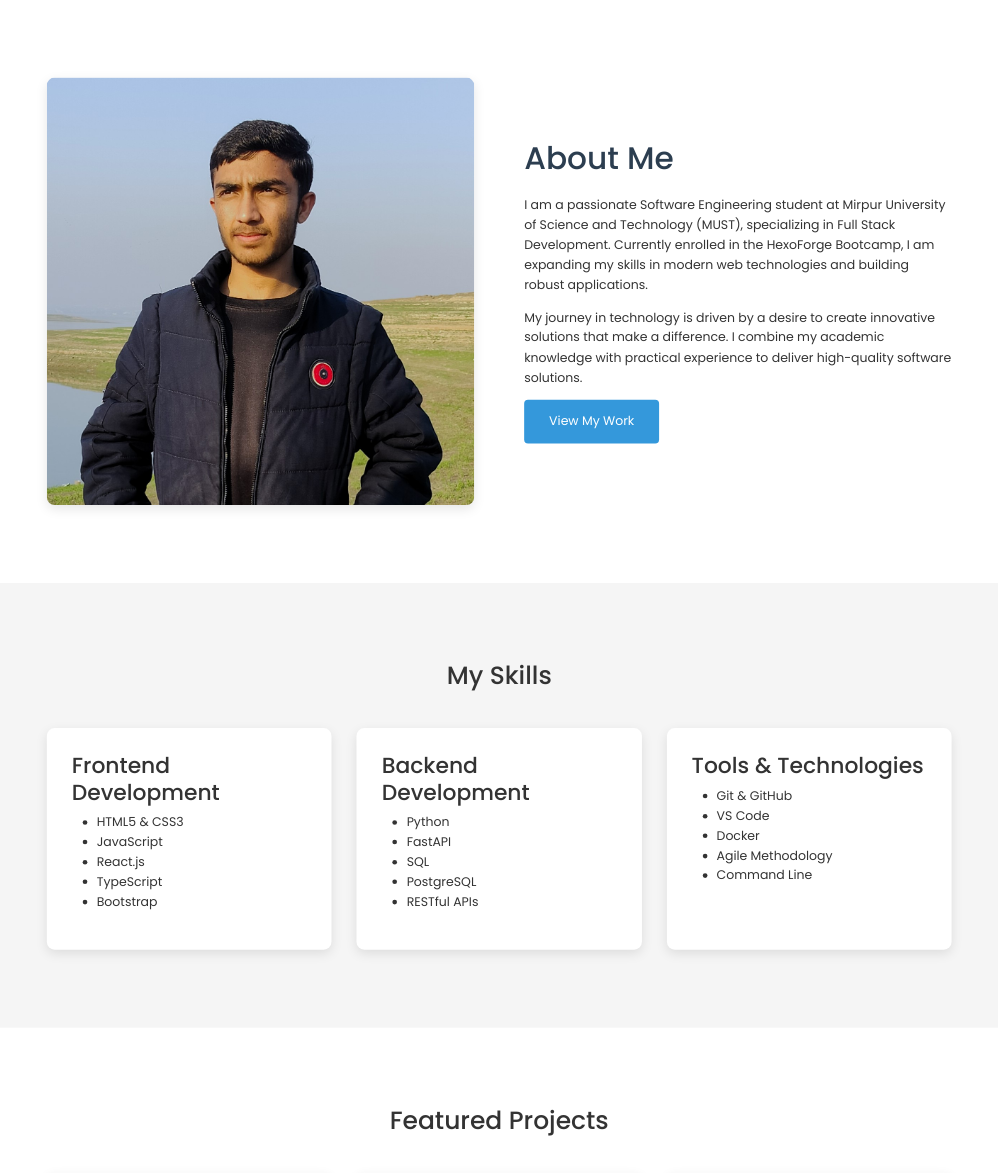
Repository: Rahim-Ullah/hexoforge-bootcamp
Page: phase-1-foundation/milestone-portfolio/index.html
The author's editor kept a copy of each file at every save. The page is drawn from the files as they stood at one save, then again after the next save.
The browser window is 1280 px wide. The pictures show the part of the page from y = 720 to 2224 px (the page is 3639 px tall before and 3670 px after), at 78% of full size.
Pictures or frames that could not be fetched are drawn as grey boxes. Backgrounds fixed to the window are drawn as part of the page.

Above is the page before, as saved 2025-08-27 04:32:58.

### phase-1-foundation/milestone-portfolio/index.html
<!DOCTYPE html>
<html lang="en">

<head>
    <meta charset="UTF-8">
    <meta name="viewport" content="width=device-width, initial-scale=1.0">
    <title>Rahim Ullah - Full Stack Developer</title>
    <!-- Bootstrap CSS -->
    <link href="https://cdn.jsdelivr.net/npm/bootstrap@5.3.0/dist/css/bootstrap.min.css" rel="stylesheet">
    <!-- Font Awesome -->
    <link rel="stylesheet" href="https://cdnjs.cloudflare.com/ajax/libs/font-awesome/6.0.0/css/all.min.css">
    <!-- Google Fonts -->
    <link href="https://fonts.googleapis.com/css2?family=Poppins:wght@300;400;500;600;700&display=swap"
        rel="stylesheet">
    <!-- Custom CSS -->
    <link rel="stylesheet" href="css/style.css">
</head>

<body>
    <!-- Navigation -->
    <nav class="navbar">
        <div class="container">
            <a href="#" class="logo">Rahim Ullah</a>
            <div class="mobile-menu">
                <i class="fas fa-bars"></i>
            </div>
            <div class="nav-links">
                <a href="#home">Home</a>
                <a href="#about">About</a>
                <a href="#skills">Skills</a>
                <a href="#projects">Projects</a>
                <a href="#contact">Contact</a>
            </div>
        </div>
    </nav>

    <!-- Hero Section -->
    <section id="home" class="hero">
        <div class="container">
            <div class="hero-content">
                <h1>Hi, I'm Rahim Ullah</h1>
                <p>Full Stack Developer | Software Engineering Student</p>
                <a href="#contact" class="btn">Get In Touch</a>
            </div>
        </div>
    </section>

    <!-- About Section -->
    <section id="about" class="about section-padding">
        <div class="container">
            <div class="about-content">
                <div class="about-img">
                    <img src="Assets/profile.jpg" alt="Rahim Ullah">
                </div>
                <div class="about-text">
                    <h2>About Me</h2>
                    <p>I am a passionate Software Engineering student at Mirpur University of Science and Technology
                        (MUST), specializing in Full Stack Development. Currently enrolled in the HexoForge Bootcamp, I
                        am expanding my skills in modern web technologies and building robust applications.</p>
                    <p>My journey in technology is driven by a desire to create innovative solutions that make a
                        difference. I combine my academic knowledge with practical experience to deliver high-quality
                        software solutions.</p>
                    <a href="#projects" class="btn">View My Work</a>
                </div>
            </div>
        </div>
    </section>

    <!-- Skills Section -->
    <section id="skills" class="skills section-padding">
        <div class="container">
            <h2 class="text-center mb-5">My Skills</h2>
            <div class="skills-grid">
                <div class="skill-card">
                    <h3>Frontend Development</h3>
                    <ul>
                        <li>HTML5 & CSS3</li>
                        <li>JavaScript</li>
                        <li>React.js</li>
                        <li>TypeScript</li>
                        <li>Bootstrap</li>
                    </ul>
                </div>
                <div class="skill-card">
                    <h3>Backend Development</h3>
                    <ul>
                        <li>Python</li>
                        <li>FastAPI</li>
                        <li>SQL</li>
                        <li>PostgreSQL</li>
                        <li>RESTful APIs</li>
                    </ul>
                </div>
                <div class="skill-card">
                    <h3>Tools & Technologies</h3>
                    <ul>
                        <li>Git & GitHub</li>
                        <li>VS Code</li>
                        <li>Docker</li>
                        <li>Agile Methodology</li>
                        <li>Command Line</li>
                    </ul>
                </div>
            </div>
        </div>
    </section>

    <!-- Projects Section -->
    <section id="projects" class="projects section-padding">
        <div class="container">
            <h2 class="text-center mb-5">Featured Projects</h2>
            <div class="project-grid">
                <div class="project-card">
                    <img src="assets/project1.jpg" alt="Project 1">
                    <div class="project-info">
                        <h3>E-Commerce Platform</h3>
                        <p>Full stack e-commerce solution using React and FastAPI</p>
                        <a href="#" class="btn">View Project</a>
                    </div>
                </div>
                <div class="project-card">
                    <img src="assets/project2.jpg" alt="Project 2">
                    <div class="project-info">
                        <h3>Portfolio Website</h3>
                        <p>Responsive portfolio using HTML, CSS, and Bootstrap</p>
                        <a href="#" class="btn">View Project</a>
                    </div>
                </div>
                <div class="project-card">
                    <img src="assets/project3.jpg" alt="Project 3">
                    <div class="project-info">
                        <h3>Task Management App</h3>
                        <p>Task tracker with Python backend and React frontend</p>
                        <a href="#" class="btn">View Project</a>
                    </div>
                </div>
            </div>
        </div>
    </section>

    <!-- Contact Section -->
    <section id="contact" class="contact section-padding">
        <div class="container">
            <h2 class="text-center mb-5">Get In Touch</h2>
            <div class="contact-grid">
                <div class="contact-info">
                    <div class="contact-item">
                        <i class="fas fa-phone"></i>
                        <p>+92 334 5891255</p>
                    </div>
                    <div class="contact-item">
                        <i class="fas fa-envelope"></i>
                        <p>rahim5ullah5@gmail.com</p>
                    </div>
                    <div class="contact-item">
                        <i class="fas fa-map-marker-alt"></i>
                        <p>Mirpur, AJK, Pakistan</p>
                    </div>
                    <div class="social-links">
                        <a href="#"><i class="fab fa-github"></i></a>
                        <a href="#"><i class="fab fa-linkedin"></i></a>
                        <a href="#"><i class="fab fa-twitter"></i></a>
                    </div>
                </div>
                <div class="contact-form">
                    <form id="contactForm" action="#" method="POST">
                        <div class="form-group">
                            <label for="name">Name</label>
                            <input type="text" id="name" name="name" required>
                        </div>
                        <div class="form-group">
                            <label for="email">Email</label>
                            <input type="email" id="email" name="email" required>
                        </div>
                        <div class="form-group">
                            <label for="subject">Subject</label>
                            <input type="text" id="subject" name="subject" required>
                        </div>
                        <div class="form-group">
                            <label for="message">Message</label>
                            <textarea id="message" name="message" rows="5" required></textarea>
                        </div>
                        <button type="submit" class="btn">Send Message</button>
                    </form>
                </div>
            </div>
        </div>
    </section>

    <!-- Footer -->
    <footer class="footer">
        <div class="container">
            <p>&copy; 2025 Rahim Ullah. All rights reserved.</p>
        </div>
    </footer>

    <!-- Bootstrap Bundle with Popper -->
    <script src="https://cdn.jsdelivr.net/npm/bootstrap@5.3.0/dist/js/bootstrap.bundle.min.js"></script>
    <!-- Custom JavaScript -->
    <script>
        // Mobile Menu Toggle
        const mobileMenu = document.querySelector('.mobile-menu');
        const navLinks = document.querySelector('.nav-links');

        mobileMenu.addEventListener('click', () => {
            navLinks.classList.toggle('active');
        });

        // Smooth Scrolling
        document.querySelectorAll('a[href^="#"]').forEach(anchor => {
            anchor.addEventListener('click', function (e) {
                e.preventDefault();
                document.querySelector(this.getAttribute('href')).scrollIntoView({
                    behavior: 'smooth'
                });
            });
        });

        // Form Submission
        document.getElementById('contactForm').addEventListener('submit', function (e) {
            e.preventDefault();
            // Add your form submission logic here
            alert('Thank you for your message! I will get back to you soon.');
            this.reset();
        });
    </script>
</body>

</html>

### phase-1-foundation/milestone-portfolio/css/style.css
/* Reset and Base Styles */
:root {
    /* Light Theme Variables */
    --primary-color: #2c3e50;
    --secondary-color: #3498db;
    --text-color: #333;
    --light-bg: #f5f5f5;
    --white: #ffffff;
    --dark: #1a1a1a;
    --card-bg: #ffffff;
    --border-color: rgba(0,0,0,0.1);
    --shadow-color: rgba(0,0,0,0.1);
    --gradient-1: linear-gradient(135deg, #3498db, #2980b9);
    --gradient-2: linear-gradient(135deg, #2ecc71, #27ae60);
    --gradient-3: linear-gradient(135deg, #e74c3c, #c0392b);
    --transition: all 0.3s ease;
}

/* Dark Theme Variables */
[data-theme="dark"] {
    --primary-color: #3498db;
    --secondary-color: #2ecc71;
    --text-color: #f5f5f5;
    --light-bg: #1a1a1a;
    --white: #2c3e50;
    --dark: #f5f5f5;
    --card-bg: #2c3e50;
    --border-color: rgba(255,255,255,0.1);
    --shadow-color: rgba(0,0,0,0.3);
}

* {
    margin: 0;
    padding: 0;
    box-sizing: border-box;
}

html {
    scroll-behavior: smooth;
}

body {
    font-family: 'Poppins', sans-serif;
    line-height: 1.6;
    color: var(--text-color);
    background-color: var(--light-bg);
}

/* Utility Classes */
.section-padding {
    padding: 100px 0;
}

.container {
    max-width: 1200px;
    margin: 0 auto;
    padding: 0 20px;
}

.text-center {
    text-align: center;
}

/* Navigation */
.navbar {
    background-color: var(--white);
    box-shadow: 0 2px 10px rgba(0, 0, 0, 0.1);
    position: fixed;
    width: 100%;
    top: 0;
    z-index: 1000;
}

.navbar .container {
    display: flex;
    justify-content: space-between;
    align-items: center;
    padding: 1rem 20px;
}

.logo {
    font-size: 1.5rem;
    font-weight: 700;
    color: var(--primary-color);
    text-decoration: none;
}

.nav-links {
    display: flex;
    gap: 2rem;
}

.nav-links a {
    color: var(--primary-color);
    text-decoration: none;
    font-weight: 500;
    transition: var(--transition);
    position: relative;
}

.nav-links a::after {
    content: '';
    position: absolute;
    bottom: -5px;
    left: 0;
    width: 0;
    height: 2px;
    background-color: var(--secondary-color);
    transition: var(--transition);
}

.nav-links a:hover::after {
    width: 100%;
}

/* Hero Section */
.hero {
    height: 100vh;
    display: flex;
    align-items: center;
    background: linear-gradient(rgba(0,0,0,0.6), rgba(0,0,0,0.6)),
                url('https://images.unsplash.com/photo-1555066931-4365d14bab8c?ixlib=rb-4.0.3&ixid=M3wxMjA3fDB8MHxwaG90by1wYWdlfHx8fGVufDB8fHx8fA%3D%3D&auto=format&fit=crop&w=2070&q=100');
    background-size: cover;
    background-position: center;
    background-attachment: fixed;
    color: var(--white);
    position: relative;
    overflow: hidden;
}

/* Adding animated particles effect */
.hero::before {
    content: '';
    position: absolute;
    top: 0;
    left: 0;
    width: 100%;
    height: 100%;
    background: linear-gradient(45deg, var(--secondary-color) 0%, transparent 70%);
    opacity: 0.1;
    animation: shimmer 8s infinite linear;
}

@keyframes shimmer {
    0% {
        transform: translateX(-100%) translateY(-100%) rotate(0deg);
    }
    100% {
        transform: translateX(100%) translateY(100%) rotate(45deg);
    }
}

.hero-content {
    text-align: center;
    position: relative;
    z-index: 1;
    background: rgba(0, 0, 0, 0.2);
    padding: 2rem;
    border-radius: 10px;
    backdrop-filter: blur(5px);
    box-shadow: 0 0 20px rgba(52, 152, 219, 0.1);
    border: 1px solid rgba(255, 255, 255, 0.1);
    max-width: 800px;
    margin: 0 auto;
}

.hero h1 {
    font-size: 3.5rem;
    margin-bottom: 1rem;
    animation: fadeInUp 1s ease;
    background: linear-gradient(45deg, var(--white) 30%, var(--secondary-color) 70%);
    background-clip: text;
    -webkit-background-clip: text;
    -webkit-text-fill-color: transparent;
    background-size: 200% auto;
    animation: gradientText 5s infinite linear;
}

.hero p {
    font-size: 1.2rem;
    margin-bottom: 2rem;
    animation: fadeInUp 1s ease 0.2s;
    animation-fill-mode: backwards;
    color: rgba(255, 255, 255, 0.9);
    text-transform: uppercase;
    letter-spacing: 2px;
}

@keyframes gradientText {
    0% { background-position: 0% 50%; }
    50% { background-position: 100% 50%; }
    100% { background-position: 0% 50%; }
}

/* About Section */
.about {
    background-color: var(--white);
}

.about-content {
    display: grid;
    grid-template-columns: 1fr 1fr;
    gap: 4rem;
    align-items: center;
}

.about-img img {
    width: 100%;
    border-radius: 10px;
    box-shadow: 0 5px 15px rgba(0,0,0,0.1);
}

.about-text h2 {
    font-size: 2.5rem;
    margin-bottom: 1.5rem;
    color: var(--primary-color);
}

/* Skills Section */
.skills {
    background-color: var(--light-bg);
}

.skills-grid {
    display: grid;
    grid-template-columns: repeat(auto-fit, minmax(250px, 1fr));
    gap: 2rem;
}

.skill-card {
    background: var(--white);
    padding: 2rem;
    border-radius: 10px;
    box-shadow: 0 5px 15px rgba(0,0,0,0.1);
    transition: var(--transition);
}

.skill-card:hover {
    transform: translateY(-10px);
}

/* Projects Section */
.projects {
    background-color: var(--white);
}

.project-grid {
    display: grid;
    grid-template-columns: repeat(auto-fit, minmax(300px, 1fr));
    gap: 2rem;
}

.project-card {
    position: relative;
    border-radius: 10px;
    overflow: hidden;
    box-shadow: 0 5px 15px rgba(0,0,0,0.1);
}

.project-card img {
    width: 100%;
    height: 250px;
    object-fit: cover;
}

.project-info {
    position: absolute;
    bottom: 0;
    left: 0;
    right: 0;
    background: linear-gradient(transparent, rgba(0,0,0,0.8));
    padding: 1.5rem;
    color: var(--white);
    transform: translateY(100%);
    transition: var(--transition);
}

.project-card:hover .project-info {
    transform: translateY(0);
}

/* Contact Section */
.contact {
    background-color: var(--light-bg);
}

.contact-grid {
    display: grid;
    grid-template-columns: repeat(2, 1fr);
    gap: 4rem;
}

.contact-info {
    display: flex;
    flex-direction: column;
    gap: 1.5rem;
}

.contact-item {
    display: flex;
    align-items: center;
    gap: 1rem;
    padding: 1rem;
    border-radius: 8px;
    transition: var(--transition);
    background: var(--white);
    margin-bottom: 1rem;
    box-shadow: 0 2px 5px rgba(0,0,0,0.05);
}

.contact-item:hover {
    transform: translateX(10px);
    background: var(--secondary-color);
    color: var(--white);
}

.contact-item i {
    font-size: 1.5rem;
    width: 40px;
    height: 40px;
    display: flex;
    align-items: center;
    justify-content: center;
    background: var(--light-bg);
    border-radius: 50%;
    color: var(--primary-color);
    transition: var(--transition);
}

.contact-item:hover i {
    background: var(--white);
    color: var(--secondary-color);
}

.contact-item p {
    margin: 0;
    font-size: 1rem;
}

.contact-form {
    background: var(--white);
    padding: 2rem;
    border-radius: 10px;
    box-shadow: 0 5px 15px rgba(0,0,0,0.1);
}

.form-group {
    margin-bottom: 1.5rem;
}

.form-group label {
    display: block;
    margin-bottom: 0.5rem;
    color: var(--primary-color);
}

.form-group input,
.form-group textarea {
    width: 100%;
    padding: 0.8rem;
    border: 1px solid #ddd;
    border-radius: 5px;
    font-family: inherit;
}

.btn {
    display: inline-block;
    padding: 1rem 2rem;
    background-color: var(--secondary-color);
    color: var(--white);
    border: none;
    border-radius: 5px;
    cursor: pointer;
    transition: var(--transition);
}

.btn:hover {
    background-color: var(--primary-color);
}

/* Footer */
.footer {
    background-color: var(--dark);
    color: var(--white);
    padding: 2rem 0;
    text-align: center;
}

.social-links {
    display: flex;
    justify-content: center;
    gap: 1.5rem;
    margin: 1rem 0;
}

.social-links a {
    color: var(--primary-color);
    font-size: 1.5rem;
    transition: var(--transition);
    background: var(--white);
    width: 40px;
    height: 40px;
    border-radius: 50%;
    display: flex;
    align-items: center;
    justify-content: center;
    box-shadow: 0 2px 10px rgba(0,0,0,0.1);
}

.social-links a:hover {
    color: var(--white);
    background: var(--secondary-color);
    transform: translateY(-3px);
    box-shadow: 0 5px 15px rgba(52, 152, 219, 0.3);
}

/* Animations */
@keyframes fadeInUp {
    from {
        opacity: 0;
        transform: translateY(20px);
    }
    to {
        opacity: 1;
        transform: translateY(0);
    }
}

/* Responsive Design */
@media (max-width: 768px) {
    .nav-links {
        display: none;
    }

    .about-content {
        grid-template-columns: 1fr;
    }

    .contact-grid {
        grid-template-columns: 1fr;
    }

    .hero h1 {
        font-size: 2.5rem;
    }
}

/* Mobile Menu */
.mobile-menu {
    display: none;
    cursor: pointer;
}

@media (max-width: 768px) {
    .mobile-menu {
        display: block;
    }

    .nav-links {
        position: fixed;
        top: 70px;
        left: 0;
        right: 0;
        background: var(--white);
        flex-direction: column;
        padding: 2rem;
        text-align: center;
        transform: translateY(-100%);
        transition: var(--transition);
    }

    .nav-links.active {
        transform: translateY(0);
    }
}

After the next save:
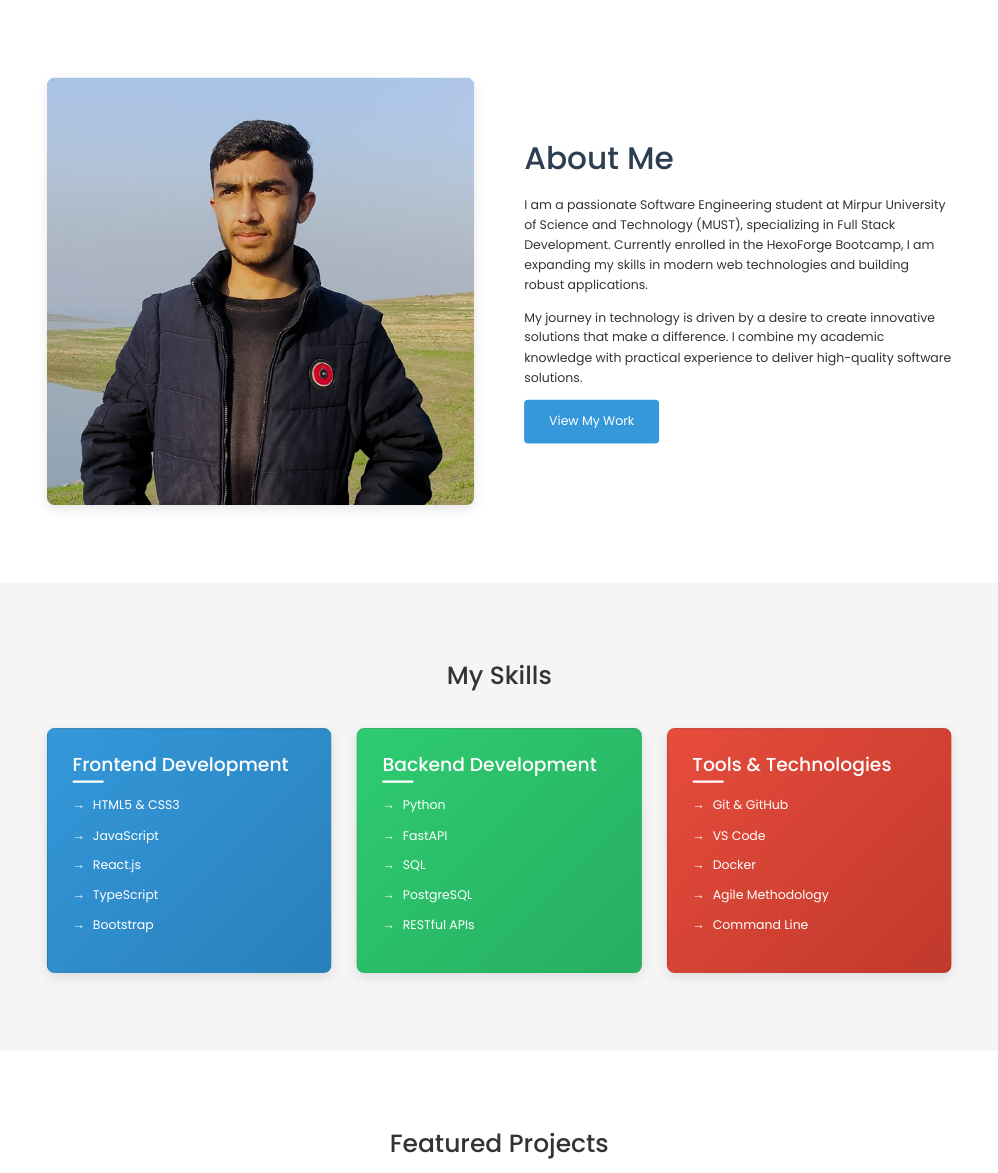
Saved 15 s later.
--- a/phase-1-foundation/milestone-portfolio/css/style.css
+++ b/phase-1-foundation/milestone-portfolio/css/style.css
@@ -228,15 +228,68 @@ body {
 }
 
 .skill-card {
-    background: var(--white);
+    background: var(--card-bg);
     padding: 2rem;
     border-radius: 10px;
-    box-shadow: 0 5px 15px rgba(0,0,0,0.1);
-    transition: var(--transition);
+    box-shadow: 0 5px 15px var(--shadow-color);
+    transition: var(--transition);
+    position: relative;
+    overflow: hidden;
+    border: 1px solid var(--border-color);
+}
+
+.skill-card:nth-child(1) {
+    background: var(--gradient-1);
+    color: var(--white);
+}
+
+.skill-card:nth-child(2) {
+    background: var(--gradient-2);
+    color: var(--white);
+}
+
+.skill-card:nth-child(3) {
+    background: var(--gradient-3);
+    color: var(--white);
 }
 
 .skill-card:hover {
     transform: translateY(-10px);
+    box-shadow: 0 8px 20px var(--shadow-color);
+}
+
+.skill-card h3 {
+    margin-bottom: 1.5rem;
+    font-size: 1.5rem;
+    position: relative;
+}
+
+.skill-card h3::after {
+    content: '';
+    position: absolute;
+    left: 0;
+    bottom: -8px;
+    width: 40px;
+    height: 3px;
+    background: currentColor;
+    border-radius: 2px;
+}
+
+.skill-card ul {
+    list-style: none;
+    padding: 0;
+}
+
+.skill-card ul li {
+    margin-bottom: 0.8rem;
+    display: flex;
+    align-items: center;
+}
+
+.skill-card ul li::before {
+    content: '→';
+    margin-right: 10px;
+    font-weight: bold;
 }
 
 /* Projects Section */
